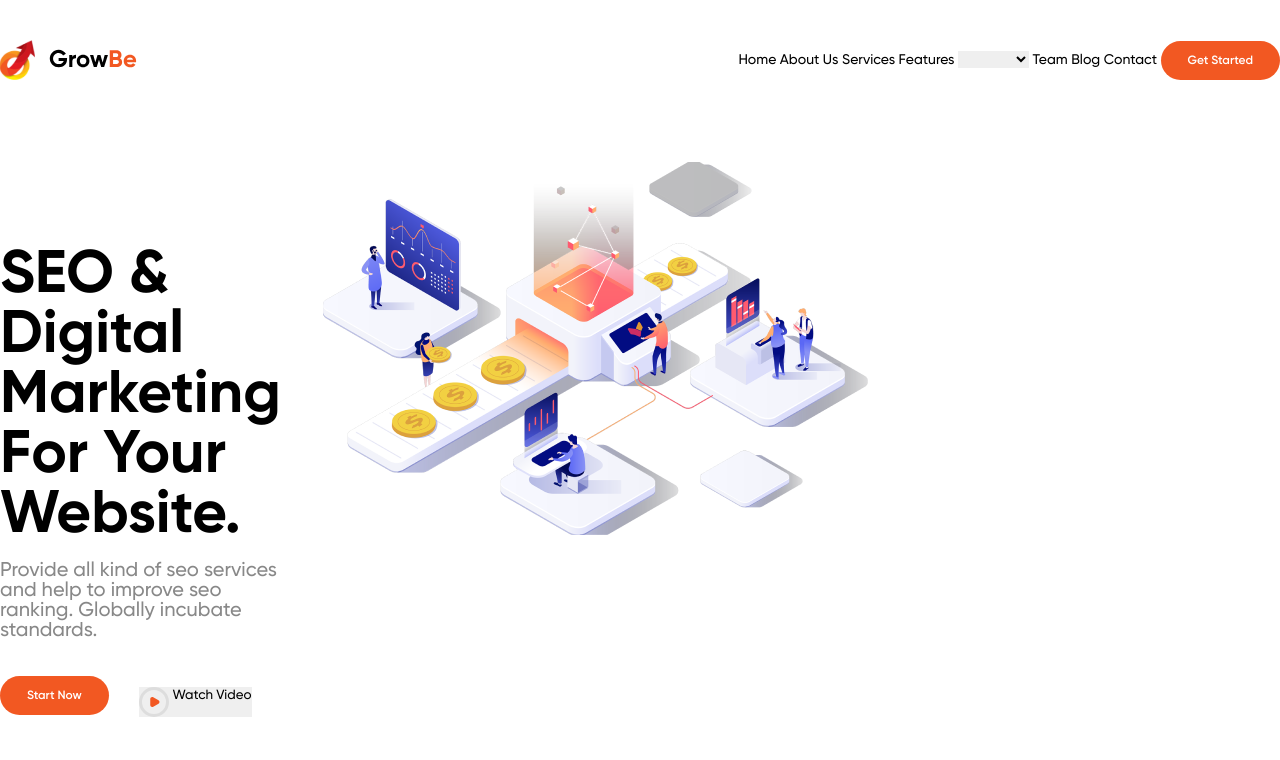
Repository: Alekseiy1980/GrowBe
Page: index.html
An editor plug-in stored every save of this project. The page is shown before and after the next save, followed by the edit.
The browser window is 1280 px wide. The pictures show the whole page.

Above is the page before, as saved 2024-01-20 13:51:01.

After the next save:
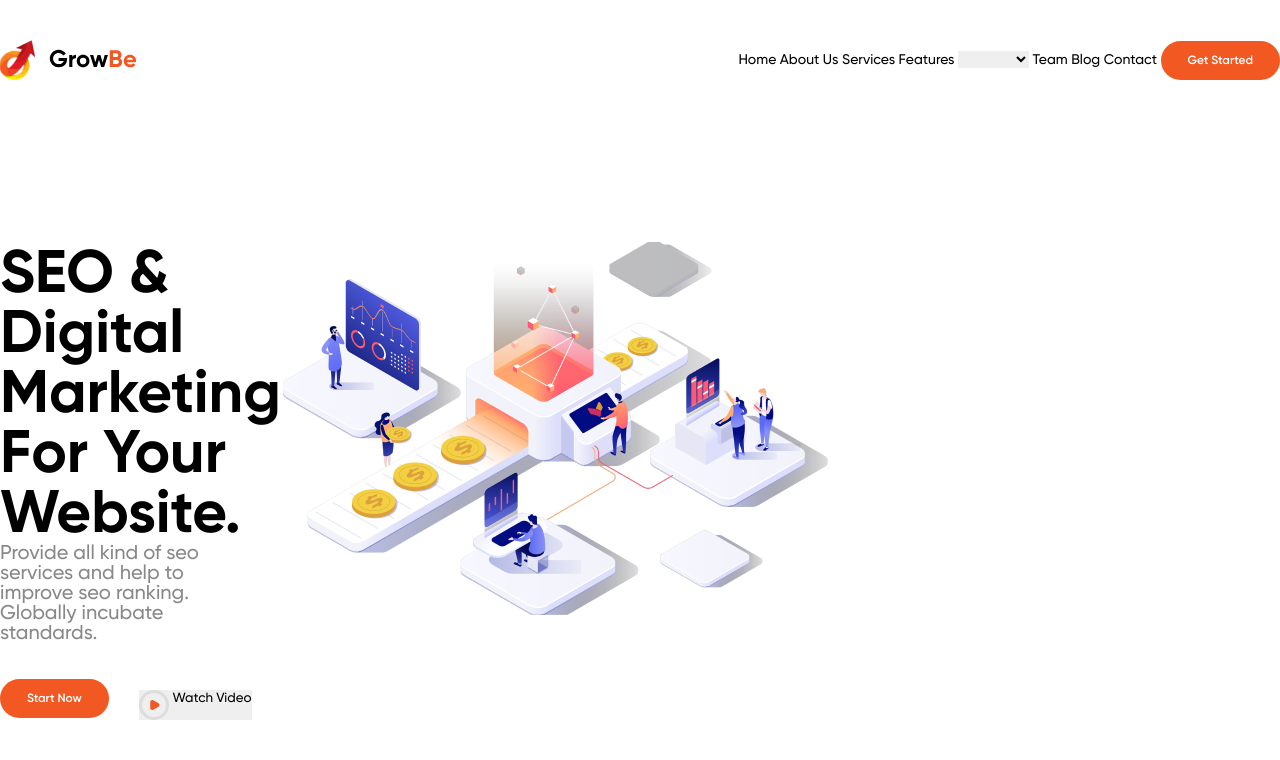
Saved 53 s later.
--- a/css/style.css
+++ b/css/style.css
@@ -72,6 +72,9 @@ header {
     margin-top: 82px;
     display: flex;
     width: 522px;
+    margin-bottom: 17px;
+    padding-right: 40px;
+    padding-top: 80px;
 }
 
 .home_content{
@@ -84,9 +87,7 @@ header {
     color: #000;
     font-family: Gilroy-Bold;
     font-size: 60px;
-    margin-bottom: 17px;
-    padding-right: 40px;
-    padding-top: 80px;
+
 
 
 }
